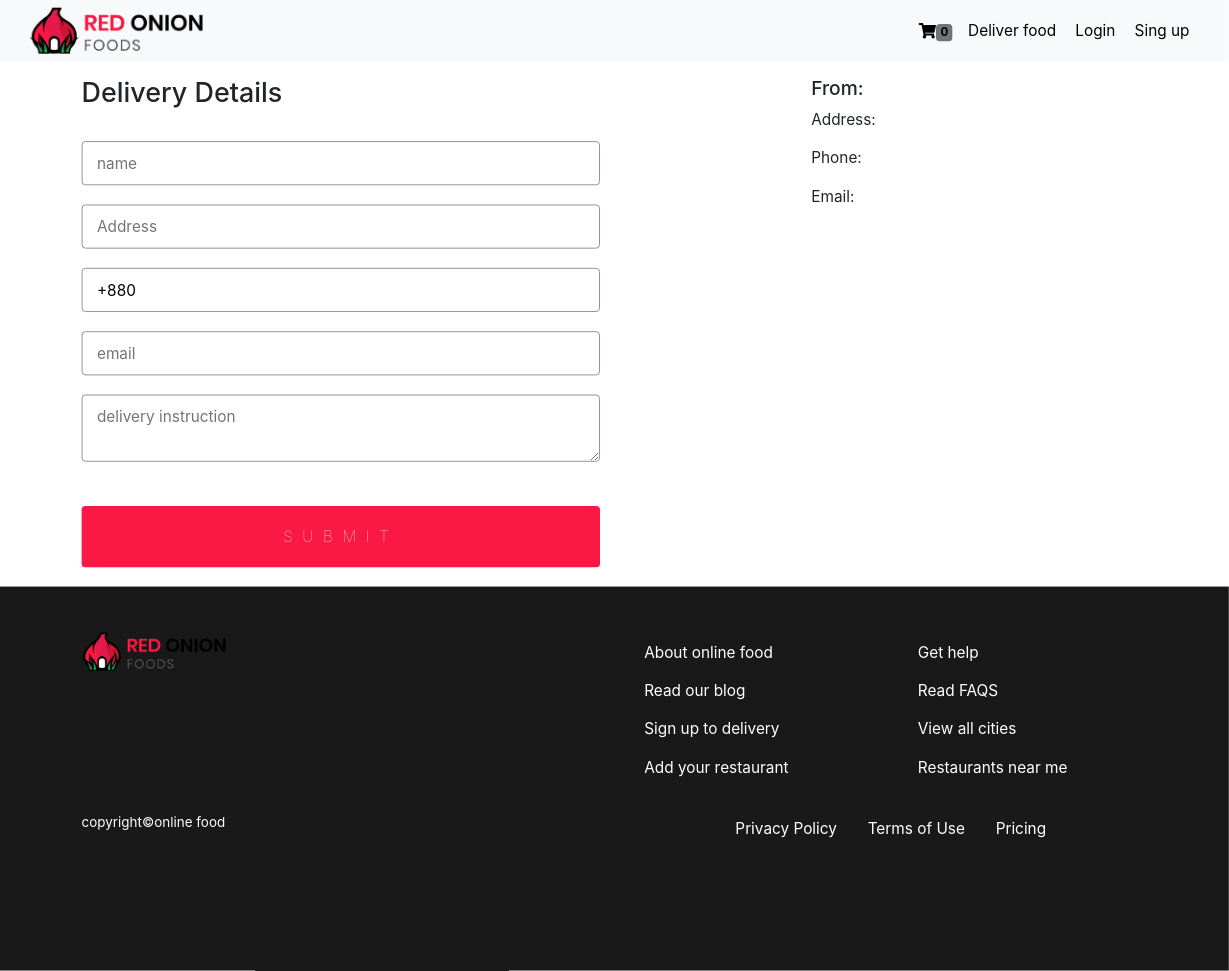
Repository: arif286/red-onion-client
Page: /cart
An editor plug-in stored every save of this project. The page is shown before and after the next save, followed by the edit.
The browser window is 1280 px wide. The pictures show the whole page, at 96% of full size.
The project was rebuilt for these pictures with package versions that can differ from the ones it lists, and the page was loaded fresh each time. Also part of the build but not shown: src/App.css, src/components/SearchBar/SearchBar.css, src/components/SearchBar/SearchBar.js, src/components/FoodDetails/FoodDetail.css, src/components/FoodDetails/FoodDetail.js, src/components/DeliveryFood/DeliveryFood.js, src/components/Food/Food.css, src/components/Food/FoodItem.js and 9 more.

Above is the page before, as saved 2021-03-30 16:43:44.

### src/App.js
import "bootstrap/dist/css/bootstrap.min.css";
import React, { createContext, useState } from "react";
import { BrowserRouter as Router, Route, Switch } from "react-router-dom";
import './App.css';
import Cart from "./components/Cart/Cart";
import FoodDetail from "./components/FoodDetails/FoodDetail";
import Footer from "./components/Footer/Footer";
import Header from "./components/Header/Header";
import Home from './components/Home/Home';
import Login from "./components/LogIn/Login";
import SingUp from "./components/SingUp/SingUp";


export const UserContext = createContext();
function App() {
  const [loggedInUser, setLoggedInUser] = useState({});
  return (
    <UserContext.Provider value={[loggedInUser, setLoggedInUser]}>
      <Router>
        <Header />
        <Switch>
          <Route path="/home">
            <Home />
          </Route>
          <Route path="/signUp">
            <SingUp />
          </Route>
          <Route path="/login">
            <Login />
          </Route>
          <Route path="/food/details/:foodId">
            <FoodDetail />
          </Route>
          <Route path='/cart'>
            <Cart/>
          </Route>
          <Route exact path="/">
            <Home/>
          </Route>
        </Switch>
        <Footer />
      </Router>
    </UserContext.Provider>
  );

}

export default App;

### src/components/Cart/Cart.js
import React, { useContext } from 'react';
import { useForm } from 'react-hook-form';
import { UserContext } from '../../App';
import './Cart.css';
const Cart = () => {
    const [loggedInUser, setLoggedInUser] = useContext(UserContext);
    const { count, foodItem } = loggedInUser;

    const { register, handleSubmit, errors } = useForm();

    const onSubmit = (data) => {
        console.log(data)
    }
    return (
      <div className="container">
        <div className="row mt-3 justify-content-between">
          <div className="col-md-6 col-sm-12">
            <h3>Delivery Details</h3>
            <form className="delivery-form" onSubmit={handleSubmit(onSubmit)}>
              <input
                type="text"
                name="name"
                placeholder="name"
                ref={register({
                  validate: (value) => value.length !== "",
                  required: true,
                })}
              />
              {errors.name && <p>please write your name</p>}

              <input
                type="text"
                name="address"
                placeholder="Address"
                ref={register({
                  validate: (value) => value.length !== "",
                  required: true,
                })}
              />
              {errors.address && <p>please write correct address</p>}
              <input
                type="phone"
                name="phone"
                placeholder="phone"
                defaultValue="+880"
                ref={register({
                  validate: (value) => value.length !== 14,
                  required: true,
                })}
              />
              {errors.phone && <p>please type a correct number</p>}
              <input
                name="email"
                type="email"
                placeholder="email"
                ref={register({
                  pattern: /^(([^<>()[\]\\.,;:\s@"]+(\.[^<>()[\]\\.,;:\s@"]+)*)|(".+"))@((\[[0-9]{1,3}\.[0-9]{1,3}\.[0-9]{1,3}\.[0-9]{1,3}\])|(([a-zA-Z\-0-9]+\.)+[a-zA-Z]{2,}))$/,
                  required: true,
                })}
              />
              {errors.email && <p>Invalid Email</p>}
              <textarea
                type="text"
                name="instruction"
                placeholder="delivery instruction"
                required={true}
              />
              <input type="submit" value="submit" />
            </form>
          </div>
          <div className="col-md-4 col-sm-12">
            <h5>From:</h5>
            <p>Address:</p>
            <p>Phone:</p>
            <p>Email:</p>
          </div>
        </div>
      </div>
    );
};

export default Cart;

### src/components/Footer/Footer.js
import React from 'react';
import { NavLink } from 'react-bootstrap';
import Logo from '../../onion-restaurent/logo2.png';
import './Footer.css';

const Footer = () => {
    return (
      <footer>
        <div className="container">
          <div className="row pt-5">
            <div className="col-md-6 col-sm-12 pb-4">
              <img className="footer-img" src={Logo} alt="" />
            </div>
            <div className="col-md-3 col-sm-12 pb-4">
              <ul className="nav flex-column">
                <li className="nav-item">
                  <NavLink
                    className="nav-link active footer-link"
                    aria-current="page"
                    to="/"
                  >
                    About online food
                  </NavLink>
                </li>
                <li className="nav-item">
                  <NavLink className="nav-link footer-link" to="/">
                    Read our blog
                  </NavLink>
                </li>
                <li className="nav-item">
                  <NavLink className="nav-link footer-link" to="/">
                    Sign up to delivery
                  </NavLink>
                </li>
                <li className="nav-item">
                  <NavLink className="nav-link footer-link" to="/">
                    Add your restaurant
                  </NavLink>
                </li>
              </ul>
            </div>
            <div className="col-md-3 col-sm-12 pb-4">
              <ul className="nav flex-column">
                <li className="nav-item">
                  <NavLink
                    className="nav-link footer-link"
                    aria-current="page"
                    to="/"
                  >
                    Get help
                  </NavLink>
                </li>
                <li className="nav-item">
                  <NavLink className="nav-link footer-link" to="/">
                    Read FAQS
                  </NavLink>
                </li>
                <li className="nav-item">
                  <NavLink className="nav-link footer-link" to="/">
                    View all cities
                  </NavLink>
                </li>
                <li className="nav-item">
                  <NavLink className="nav-link footer-link" to="/">
                    Restaurants near me
                  </NavLink>
                </li>
              </ul>
            </div>
          </div>

          <div className="row">
            <div className="col-md-7">
              <p className='copy-right'>
                <small>
                  copyright<span>&#169;</span>online food
                </small>
              </p>
            </div>
            <div className="col-md-5">
              <div className='d-flex'>
                <NavLink className="footer-link">Privacy Policy</NavLink>
                <NavLink className="footer-link">Terms of Use</NavLink>
                <NavLink className="footer-link">Pricing</NavLink>
              </div>
            </div>
          </div>
        </div>
      </footer>
    );
};

export default Footer;

### src/components/Header/Header.js
import { faShoppingCart } from "@fortawesome/free-solid-svg-icons";
import { FontAwesomeIcon } from "@fortawesome/react-fontawesome";
import React from 'react';
import { NavLink } from "react-router-dom";
import logo from '../../onion-restaurent/logo2.png';
import './Header.css';
const cart = <FontAwesomeIcon icon={faShoppingCart} />;
const Header = () => {
    const header = {
        logo : {width: '180px'}
    }
    return (
      <div>
        <nav className="navbar navbar-expand-lg navbar-light bg-light">
          <div className="container-fluid">
            <div>
              <img style={header.logo} src={logo} alt="" />
            </div>
            <button
              className="navbar-toggler"
              type="button"
              data-bs-toggle="collapse"
              data-bs-target="#navbarNav"
              aria-controls="navbarNav"
              aria-expanded="false"
              aria-label="Toggle navigation"
            >
              <span className="navbar-toggler-icon"></span>
            </button>
            <div
              className="collapse  navbar-collapse justify-content-end"
              id="navbarNav"
            >
              <ul className="navbar-nav align-items-center">
                <li className="nav-item">
                  <button className=" cart-btn" to="/">
                    {cart}
                    <small className="badge bg-secondary">0</small>
                  </button>
                </li>
                <li className="nav-item">
                  <NavLink className="header-link" to="/cart">
                    Deliver food
                  </NavLink>
                </li>
                <li className="nav-item">
                  <NavLink className="header-link" to="/login">
                    Login
                  </NavLink>
                </li>
                <li className="nav-item">
                  <NavLink className="header-link" to="/signUp">
                    Sing up
                  </NavLink>
                </li>
              </ul>
            </div>
          </div>
        </nav>
      </div>
    );
};

export default Header;

### src/components/Cart/Cart.css
.delivery-form input {
  width: 100%;
  padding: 10px 15px;
  box-sizing: border-box;
  margin-bottom: 20px;
  border: 1px solid #909090;
  outline: none;
  border-radius: 4px;
}
.delivery-form input:first-child {
  margin-top: 25px;
}
.delivery-form input:nth-child(5) {
  line-height: 3.5;
}
.delivery-form p {
  color: #bf1650;
  margin-bottom: 20px;
}

.delivery-form p::before {
  display: inline;
  content: "⚠ ";
}

button[type="submit"],
.delivery-form input[type="submit"] {
  background: #f91944;
  color: white;
  text-transform: uppercase;
  border: none;
  margin-top: 20px;
  padding: 20px;
  font-size: 16px;
  font-weight: 100;
  letter-spacing: 10px;
}

button[type="submit"]:hover,
.delivery-form input[type="submit"]:hover {
  background: #d83153;
}
.delivery-form textarea {
  width: 100%;
  padding: 10px 15px;
  box-sizing: border-box;
  margin-bottom: 20px;
  border: 1px solid #909090;
  outline: none;
  border-radius: 4px;
}

### src/components/Footer/Footer.css
.footer-img {
  width: 150px;
}
footer {
  background-color: #191919;
  height: 400px;
}
.footer-link {
  color: white;
}
.footer-link:hover {
  color: #878787;
}
.copy-right {
  color: white;
}

### src/components/Header/Header.css
.header-link {
  color: black;
  display: inline-block;
  padding: 10px;
}
.header-link:hover {
  text-decoration: none;
  color: #777777;
}
.cart-btn {
  border: none;
  background: none;
}

Loaded but not shown: public/index.html (common file); src/index.js (common file); src/index.css (common file); src/reportWebVitals.js (common file)

After the next save:
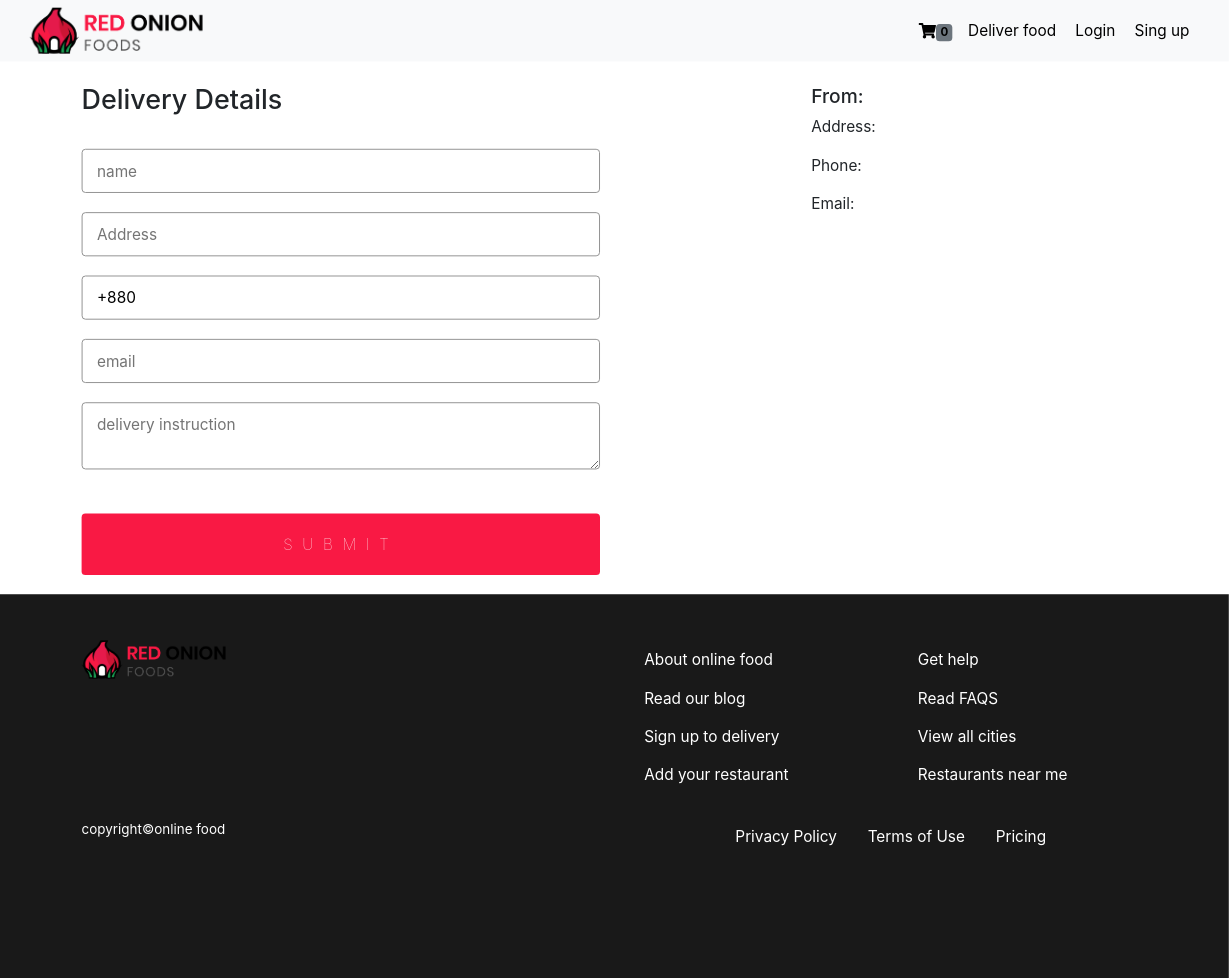
Saved 32 s later.
--- a/src/components/Cart/Cart.js
+++ b/src/components/Cart/Cart.js
@@ -13,7 +13,7 @@ const Cart = () => {
     }
     return (
       <div className="container">
-        <div className="row mt-3 justify-content-between">
+        <div className="row mt-4 justify-content-between">
           <div className="col-md-6 col-sm-12">
             <h3>Delivery Details</h3>
             <form className="delivery-form" onSubmit={handleSubmit(onSubmit)}>
